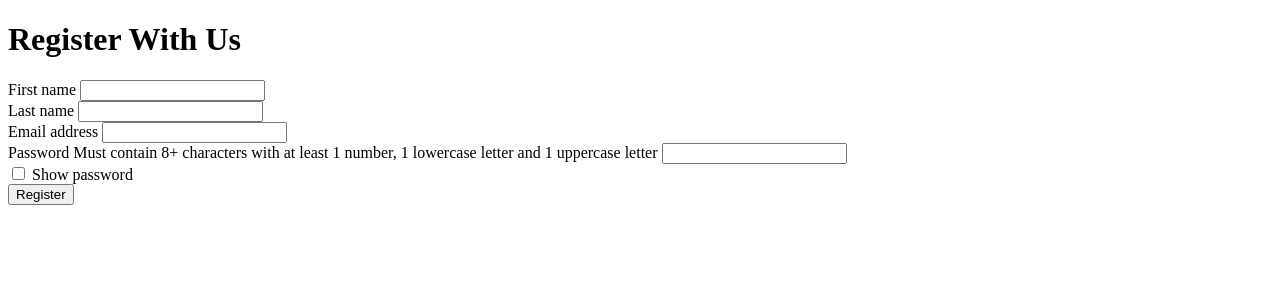
Repository: NiutaR/registrationForm
Page: index.html
These files come from the project's save history. The page is drawn as it stood at one moment and after the next save; the edit follows.
The browser window is 1280 px wide. The pictures show the whole page.

Above is the page before, as saved 2021-07-28 23:06:16.

After the next save:
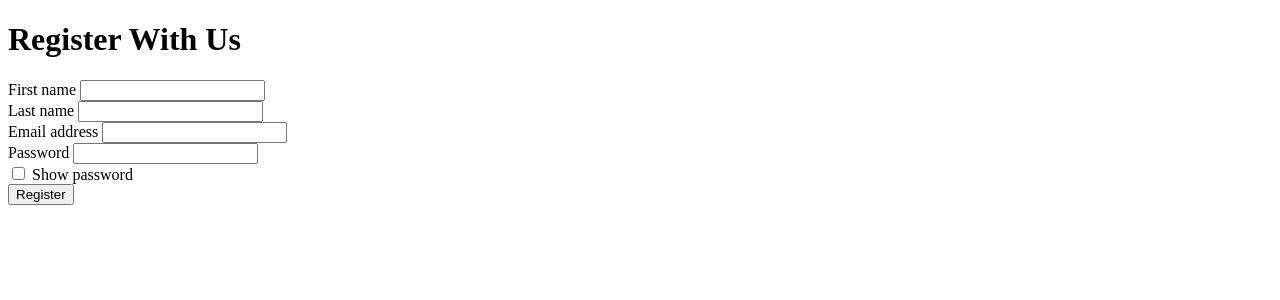
Saved 56 s later.
--- a/index.html
+++ b/index.html
@@ -36,8 +36,7 @@
                     <label for="password" class="form__label">
                         <span class="field-label">Password</span>
                         <span class="field-hint">
-                            Must contain 8+ characters with at least 1 number, 1 lowercase
-                            letter and 1 uppercase letter
+
                         </span>
                     </label>
                     <input type="password" name="password" id="password" class="form__control" minlength="8"
